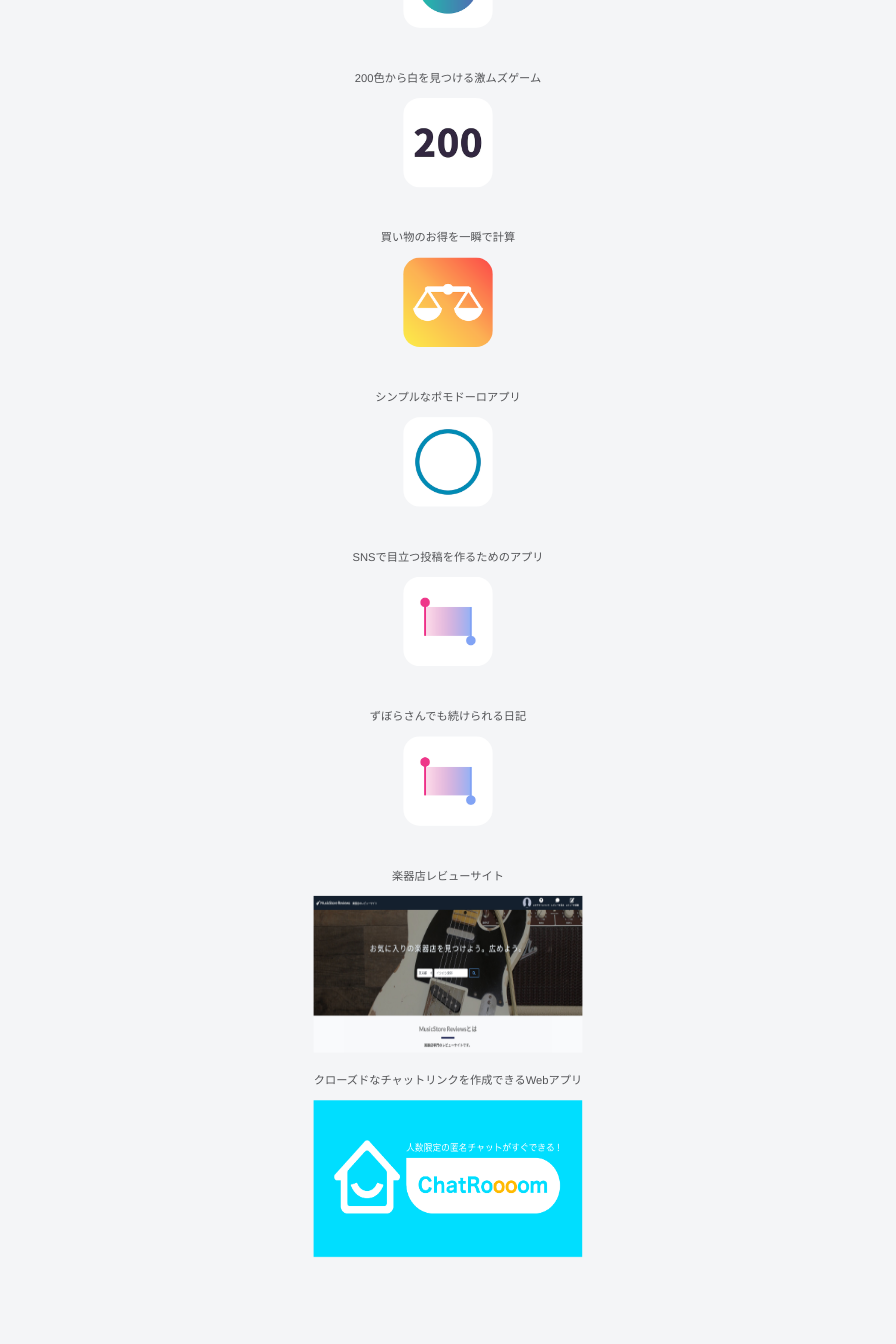
Repository: nosuke0926/my-portfolio
Page: /works
The author's editor kept a copy of each file at every save. The page is drawn from the files as they stood at one save, then again after the next save.
The browser window is 1280 px wide. The pictures show the part of the page from y = 3257 to 5177 px (the page is 5177 px tall), at 70% of full size.
The project was rebuilt for these pictures with package versions that can differ from the ones it lists, and the page was loaded fresh each time. The framework's server and built-in components were replaced by stand-ins that run in the browser. Also part of the build but not shown: next.config.js.

Above is the page before, as saved 2022-10-16 14:51:40.

### pages/_app.tsx
import React from 'react'
import { AppProps } from 'next/app'
import NavTabs from '../components/Tab'
import styles from '../components/layout.module.css'
import utilStyles from '../styles/utils.module.css'
import '../styles/styles.scss'

const App = ({ Component, pageProps }: AppProps) => (
  <div className={utilStyles.backgroundColor}>
    <header className={styles.header}>
      <NavTabs />
    </header>
    <Component {...pageProps} />
  </div>
)

export default App

### pages/works.tsx
import Layout from '../components/Layout'
import utilStyles from '../styles/utils.module.css'
import styles from '../components/layout.module.css'
import TransitionsModal from '../components/modal'

const WorksView = (props: any) => (
  <Layout>
    <div className={styles.header}>
      <p>世の中を少しだけ面白く、便利にするサービスを開発しています。</p>
      <section className={utilStyles.headingMd}>
        <p>
          <TransitionsModal
            src="/images/products/subsc.png"
            alt="アプリ（さぶすく）"
            description="サブスクリプションを賢く管理するアプリ"
            appTitle="さぶすく"
            useTechnology={['Flutter', 'Firebase']}
            appDescription="サービスの無料期間終了前にプッシュ通知でお知らせします。毎月・毎年のサブスクリプションサービスにいくらお金を使っているのかもグラフで可視化します。"
            iosUrl="https://apps.apple.com/jp/app/id1506451600?mt=8"
            productHuntUrl="https://www.producthunt.com/posts/subsc?utm_source=badge-featured&utm_medium=badge&utm_souce=badge-subsc"
            productHuntPostId="349809"
            androidUrl="https://play.google.com/store/apps/details?id=com.nosuke.subscriptionManagement&pcampaignid=pcampaignidMKT-Other-global-all-co-prtnr-py-PartBadge-Mar2515-1"
            type="native"
          />
        </p>
        <p>
          <TransitionsModal
            src="/images/products/rapid.png"
            alt="アプリ（爆速Todoメモ）"
            description="起動して2秒でメモできるアプリ"
            appTitle="爆速Todoメモ"
            useTechnology={['Flutter']}
            appDescription="アプリを起動すると同時にキーボードが開きます。また記入と閲覧が同時にできるよう一画面を分割した新しいメモアプリです。"
            iosUrl="https://apps.apple.com/jp/app/id1511398926?mt=8"
            androidUrl="https://play.google.com/store/apps/details?id=com.nosuke.rapid&pcampaignid=pcampaignidMKT-Other-global-all-co-prtnr-py-PartBadge-Mar2515-1"
            type="native"
          />
        </p>
        <p>
          <TransitionsModal
            src="/images/products/yomoo.png"
            alt="アプリ（Yomoo）"
            description="ニューモフィズムな読書管理アプリ"
            appTitle="Yomoo"
            useTechnology={['Flutter']}
            appDescription="2020年~のUIデザインのトレンドであるNeumorphismを取り入れた読書管理アプリです。楽天ブックスAPI、openBDと連携してバーコード読み取りからの書籍登録が可能です。"
            iosUrl="https://apps.apple.com/jp/app/id1516860157?mt=8"
            androidUrl="https://play.google.com/store/apps/details?id=com.nosuke.yomoo&pcampaignid=pcampaignidMKT-Other-global-all-co-prtnr-py-PartBadge-Mar2515-1"
            type="native"
          />
        </p>
        <p>
          <TransitionsModal
            src="/images/products/oshiPay.png"
            alt="アプリ（推しPay）"
            description="推しへの愛を管理&シェアするアプリ"
            appTitle="推しPay"
            useTechnology={['Flutter', 'Firebase']}
            appDescription="「推し」にいくらお金を使っているのかを記録&SNSにシェアできるアプリです。"
            iosUrl="https://apps.apple.com/jp/app/id1523768983?mt=8"
            androidUrl="https://play.google.com/store/apps/details?id=com.nosuke.oshi_pay&pcampaignid=pcampaignidMKT-Other-global-all-co-prtnr-py-PartBadge-Mar2515-1"
            type="native"
          />
        </p>
        <p>
          <TransitionsModal
            src="/images/products/tubenote.png"
            alt="アプリ（TubeNote）"
            description="YouTubeを見ながらメモできるアプリ"
            appTitle="TubeNote"
            useTechnology={['Flutter', 'Firebase', 'Algolia']}
            appDescription="YouTubeを見ながらリアルタイムにメモできるアプリです。"
            iosUrl="https://apps.apple.com/jp/app/id1535634801?mt=8"
            productHuntUrl="https://www.producthunt.com/posts/tubenote?utm_source=badge-featured&utm_medium=badge&utm_souce=badge-tubenote"
            productHuntPostId="279810"
            androidUrl="https://play.google.com/store/apps/details?id=com.nosuke.movieMemo&pcampaignid=pcampaignidMKT-Other-global-all-co-prtnr-py-PartBadge-Mar2515-1"
            type="native"
          />
        </p>
        <p>
          <TransitionsModal
            src="/images/products/migru.png"
            alt="アプリ（ミグル）"
            description="簡単に頭痛を記録するアプリ"
            appTitle="ミグル"
            useTechnology={['Flutter', 'Firebase']}
            appDescription="頭痛の記録・振り返りに特化したシンプルなアプリです。"
            iosUrl="https://apps.apple.com/jp/app/id1564686045?mt=8"
            androidUrl="https://play.google.com/store/apps/details?id=com.nosuke.migraine&pcampaignid=pcampaignidMKT-Other-global-all-co-prtnr-py-PartBadge-Mar2515-1"
            type="native"
          />
        </p>
        <p>
          <TransitionsModal
            src="/images/products/marry_talk.png"
            alt="アプリ（マリートーク）"
            description="夫婦の悩みを匿名チャット"
            appTitle="マリートーク"
            useTechnology={['Flutter', 'Firebase']}
            appDescription="完全匿名&女性限定で夫婦の愚痴や悩みをチャットできるアプリです。"
            iosUrl="https://apps.apple.com/jp/app/id1578903905?mt=8"
            androidUrl="https://play.google.com/store/apps/details?id=com.nosuke.marry_talk&pcampaignid=pcampaignidMKT-Other-global-all-co-prtnr-py-PartBadge-Mar2515-1"
            type="native"
          />
        </p>
        <p>
          <TransitionsModal
            src="/images/products/accounts.png"
            alt="アプリ（アカウントフォルダ）"
            description="サービスのアカウントを一括管理するアプリ"
            appTitle="アカウントフォルダ"
            useTechnology={['Flutter']}
            appDescription="サービスのアカウント・パスワードを一括管理するアプリです。データは暗号化・端末に保存されるためセキュリティも安心です。"
            iosUrl="https://apps.apple.com/jp/app/id1606877526?mt=8"
            androidUrl="https://play.google.com/store/apps/details?id=com.nosuke.account_holder&pcampaignid=pcampaignidMKT-Other-global-all-co-prtnr-py-PartBadge-Mar2515-1"
            type="native"
          />
        </p>
        <p>
          <TransitionsModal
            src="/images/products/password_generator.png"
            alt="アプリ（パスワード生成）"
            description="パスワード生成アプリ"
            appTitle="パスワード生成"
            useTechnology={['Flutter']}
            appDescription="パスワードを生成することに特化したシンプルなアプリです。"
            iosUrl="https://apps.apple.com/jp/app/id1635128935?mt=8"
            androidUrl="https://play.google.com/store/apps/details?id=com.nosuke.password_generator&pcampaignid=pcampaignidMKT-Other-global-all-co-prtnr-py-PartBadge-Mar2515-1"
            type="native"
          />
        </p>
        <p>
          <TransitionsModal
            src="/images/products/diary.png"
            alt="アプリ（超シンプル日記）"
            description="シンプルな日記アプリ"
            appTitle="超シンプル日記"
            useTechnology={['Flutter']}
            appDescription="日記に必要な「書く」と「読む」ことに特化したシンプルなアプリです。"
            iosUrl="https://apps.apple.com/jp/app/id1635770040?mt=8"
            androidUrl="https://play.google.com/store/apps/details?id=com.nosuke.diary&pcampaignid=pcampaignidMKT-Other-global-all-co-prtnr-py-PartBadge-Mar2515-1"
            type="native"
          />
        </p>
        <p>
          <TransitionsModal
            src="/images/products/pdf_converter.png"
            alt="アプリ（PDF変換 - 写真や画像をPDFにすぐに変換）"
            description="画像をPDFに変換するアプリ"
            appTitle="PDF変換 - 写真や画像をPDFにすぐに変換"
            useTechnology={['Flutter']}
            appDescription="画像や写真をPDFに変換することができる、シンプルなアプリです。複数の画像をまとめて選択・PDFに変換できます。"
            iosUrl="https://apps.apple.com/jp/app/id1637249390?mt=8"
            androidUrl="https://play.google.com/store/apps/details?id=com.nosuke.pdf_converter&pcampaignid=pcampaignidMKT-Other-global-all-co-prtnr-py-PartBadge-Mar2515-1"
            type="native"
          />
        </p>
        <p>
          <TransitionsModal
            src="/images/products/extract_audio.png"
            alt="アプリ（音声抽出 - 動画をMP3に変換）"
            description="動画から音声抽出するアプリ"
            appTitle="音声抽出 - 動画をMP3に変換"
            useTechnology={['Flutter']}
            appDescription="動画から音声を抽出するだけのシンプルなアプリです。ワンタップでMP3に変換・ダウンロードできます。"
            iosUrl="https://apps.apple.com/jp/app/id1637563140?mt=8"
            androidUrl="https://play.google.com/store/apps/details?id=com.nosuke.extract_audio&pcampaignid=pcampaignidMKT-Other-global-all-co-prtnr-py-PartBadge-Mar2515-1"
            type="native"
          />
        </p>
        <p>
          <TransitionsModal
            src="/images/products/chekiy.png"
            alt="アプリ（Chekiy）"
            description="画像をチェキ風に加工するアプリ"
            appTitle="Chekiy"
            useTechnology={['Flutter']}
            appDescription="写真をチェキ風に加工できる、一番シンプルなアプリです。思い出の一枚を特別なものに。"
            iosUrl="https://apps.apple.com/jp/app/id1638090871?mt=8"
            androidUrl="https://play.google.com/store/apps/details?id=com.nosuke.polaroid&pcampaignid=pcampaignidMKT-Other-global-all-co-prtnr-py-PartBadge-Mar2515-1"
            type="native"
          />
        </p>
        <p>
          <TransitionsModal
            src="/images/products/timestamp.png"
            alt="アプリ（Timestamp Camera）"
            description="時間入り写真を撮影できるアプリ"
            appTitle="Timestamp Camera"
            useTechnology={['Flutter']}
            appDescription="簡単に写真に日付を入れることができるアプリです。カメラで撮影、もしくは写真フォルダから選択した画像に日付を入れられます。"
            iosUrl="https://apps.apple.com/jp/app/id1639662260?mt=8"
            androidUrl="https://play.google.com/store/apps/details?id=com.nosuke.timestamp&pcampaignid=pcampaignidMKT-Other-global-all-co-prtnr-py-PartBadge-Mar2515-1"
            type="native"
          />
        </p>
        <p>
          <TransitionsModal
            src="/images/products/white.png"
            alt="アプリ（白200色検定）"
            description="200色から白を見つける激ムズゲーム"
            appTitle="白200色検定"
            useTechnology={['Flutter']}
            appDescription="200色から白を見つける激ムズゲームがついに登場！あなたは200種類の白色を区別できますか？"
            iosUrl="https://apps.apple.com/jp/app/id1641219533?mt=8"
            androidUrl="https://play.google.com/store/apps/details?id=com.nosuke.white&pcampaignid=pcampaignidMKT-Other-global-all-co-prtnr-py-PartBadge-Mar2515-1"
            type="native"
          />
        </p>
        <p>
          <TransitionsModal
            src="/images/products/tokubuy.png"
            alt="アプリ（お得比較Pro）"
            description="買い物のお得を一瞬で計算"
            appTitle="お得比較Pro"
            useTechnology={['Flutter']}
            appDescription="お買い物時の「どっちがお得なんだろう？」を解決します。金額と量を入力するだけで、どちらがお得かをすぐに計算します。"
            iosUrl="https://apps.apple.com/jp/app/id1644566128?mt=8"
            androidUrl="https://play.google.com/store/apps/details?id=com.nosuke.tokubuy&pcampaignid=pcampaignidMKT-Other-global-all-co-prtnr-py-PartBadge-Mar2515-1"
            type="native"
          />
        </p>
        <p>
          <TransitionsModal
            src="/images/products/just_focus.png"
            alt="アプリ（JustFocus）"
            description="シンプルなポモドーロアプリ"
            appTitle="JustFocus"
            useTechnology={['Flutter']}
            appDescription="シンプルなポモドーロアプリです。"
            iosUrl="https://apps.apple.com/jp/app/id1645642989?mt=8"
            androidUrl="https://play.google.com/store/apps/details?id=com.nosuke.pomodoro&pcampaignid=pcampaignidMKT-Other-global-all-co-prtnr-py-PartBadge-Mar2515-1"
            type="native"
          />
        </p>
        <p>
          <TransitionsModal
            src="/images/products/frame_maker.png"
            alt="アプリ（囲みメモ）"
            description="SNSで目立つ投稿を作るためのアプリ"
            appTitle="囲みメモ"
            useTechnology={['Flutter']}
            appDescription="SNSでよく見かける囲い文字、強調線をコピペで呼び出せるシンプルなアプリです。"
            iosUrl="https://apps.apple.com/jp/app/id6443634371?mt=8"
            androidUrl="https://play.google.com/store/apps/details?id=com.nosuke.frame_maker&pcampaignid=pcampaignidMKT-Other-global-all-co-prtnr-py-PartBadge-Mar2515-1"
            type="native"
          />
        </p>
        <p>
          <TransitionsModal
            src="/images/products/frame_maker.png"
            alt="アプリ（ずぼら日記）"
            description="ずぼらさんでも続けられる日記"
            appTitle="ずぼら日記"
            useTechnology={['Flutter']}
            appDescription="ずぼら日記は「続ける」ことに特化した日記アプリです。どんな日記も続けられない開発者自身の悩みを元に開発されました。"
            iosUrl="https://apps.apple.com/jp/app/id6443727421?mt=8"
            androidUrl="https://play.google.com/store/apps/details?id=com.nosuke.zubora&pcampaignid=pcampaignidMKT-Other-global-all-co-prtnr-py-PartBadge-Mar2515-1"
            type="native"
          />
        </p>
        <p>
          <TransitionsModal
            src="/images/products/music-store-reviews/cover.jpeg"
            alt="Webアプリ（MusicStore Reviews）"
            description="楽器店レビューサイト"
            appTitle="MusicStore Reviews"
            useTechnology={['Laravel', 'Vue.js', 'Python']}
            appDescription="日本初の楽器店レビューサイト。楽器店のデータはWebスクレイピングで取得しました。一部Vue.jsを使用しています。"
            webUrl="https://musicstore-reviews.com/"
            type="web"
          />
        </p>
        <p>
          <TransitionsModal
            src="/images/products/chatroooom/chatroooom.png"
            alt="Webアプリ（ChatRoooom）"
            description="クローズドなチャットリンクを作成できるWebアプリ"
            appTitle="ChatRoooom"
            useTechnology={['Vue.js', 'Nuxt.js', 'Firebase']}
            appDescription="ChatRoooomは簡単に人数限定のチャットルームを作成できるサービスです。チャット内容は24時間後に削除されるので、プライバシーも安心です。"
            webUrl="https://chatroooom.net/"
            type="web"
          />
        </p>
      </section>
    </div>
  </Layout>
)

export default WorksView

### components/Tab.tsx
import Link from 'next/link'
import React from 'react'
import { makeStyles, Theme } from '@material-ui/core/styles'
import AppBar from '@material-ui/core/AppBar'
import Tabs from '@material-ui/core/Tabs'
import Tab from '@material-ui/core/Tab'
// import Typography from '@material-ui/core/Typography'
// import Box from '@material-ui/core/Box'

// interface TabPanelProps {
//   children?: React.ReactNode
//   index: any
//   value: any
// }

// function TabPanel(props: TabPanelProps) {
//   const { children, value, index, ...other } = props

//   return (
//     <div
//       role="tabpanel"
//       hidden={value !== index}
//       id={`nav-tabpanel-${index}`}
//       aria-labelledby={`nav-tab-${index}`}
//       {...other}
//     >
//       {value === index && (
//         <Box p={3}>
//           <Typography>{children}</Typography>
//         </Box>
//       )}
//     </div>
//   )
// }

function a11yProps(index: any) {
  return {
    id: `nav-tab-${index}`,
    'aria-controls': `nav-tabpanel-${index}`,
  }
}

interface LinkTabProps {
  label?: string
  href?: string
}

function LinkTab(props: LinkTabProps) {
  return (
    <Tab
      component="a"
      onClick={(event: React.MouseEvent<HTMLAnchorElement, MouseEvent>) => {
        event.preventDefault()
      }}
      {...props}
    />
  )
}

const useStyles = makeStyles((theme: Theme) => ({
  root: {
    flexGrow: 1,
    backgroundColor: theme.palette.background.paper,
  },
}))

export default function NavTabs() {
  const classes = useStyles()
  const [value, setValue] = React.useState(0)

  const handleChange = (event: React.ChangeEvent<{}>, newValue: number) => {
    setValue(newValue)
  }

  return (
    <div className={classes.root}>
      <AppBar position="static" color="default">
        <Tabs
          TabIndicatorProps={{ style: { background: 'transparent' } }}
          textColor="primary"
          variant="fullWidth"
          value={value}
          onChange={handleChange}
          aria-label="nav tabs example"
        >
          <Link href="/">
            <LinkTab label="Home" href="/" {...a11yProps(0)} />
          </Link>
          <Link href="/works">
            <LinkTab label="Works" href="/works" {...a11yProps(1)} />
          </Link>
          <Link href="/contact">
            <LinkTab label="Contact" href="/contact" {...a11yProps(2)} />
          </Link>
        </Tabs>
      </AppBar>
      {/* <TabPanel value={value} index={0}>
        Page One
      </TabPanel>
      <TabPanel value={value} index={1}>
        Page Two
      </TabPanel>
      <TabPanel value={value} index={2}>
        Page Three
      </TabPanel> */}
    </div>
  )
}

### components/layout.module.css
.container {
  max-width: 36rem;
  padding: 0 1rem;
  margin: 3rem auto 6rem;
}

.header {
  display: flex;
  flex-direction: column;
  align-items: center;
}

.headerImage {
  width: 6rem;
  height: 6rem;
}

.headerHomeImage {
  width: 8rem;
  height: 8rem;
}

.appIconImage {
  margin: 1rem;
  width: 8rem;
  height: 8rem;
  margin: auto;
  transition: transform 0.5s;
  margin-bottom: 2rem;
}
.appIconImage:hover {
  transform: scale(1.2);
}

.webApplicationImage {
  width: 24rem;
  height: 14rem;
  align-items: center;
  transition: transform 0.5s;
}
.webApplicationImage:hover {
  transform: scale(1.1);
}

.backToHome {
  margin: 3rem 0 0;
}

.socialIcon {
  color: rgb(168, 171, 176);
  margin: 0 2rem;
  font-size: 2rem;
}

.socialIcon:hover {
  color: rgb(83, 84, 87);
}

.appDescriptionText {
  color: rgb(83, 84, 87);
  font-size: 1rem;
  text-align: center;
}

.iosButton {
  display: inline-block;
  overflow: hidden;
  background: url(https://tools.applemediaservices.com/api/badges/download-on-the-app-store/black/en-us?)
    no-repeat;
  width: 120px;
  height: 40px;
}

.androidButton {
  width: 155px;
  margin-top: 0.4rem;
}

.productHuntButton {
  /* width: 250px;
  height: 54px; */
  width: 160px;
  margin: 0.1rem;
}

.appButtonAlign {
  display: flex;
  flex-direction: row;
  align-items: center;
  flex-wrap: wrap;
}

### styles/utils.module.css
.heading2Xl {
  font-size: 1.5rem;
  line-height: 1.2;
  font-weight: 800;
  letter-spacing: -0.05rem;
  margin: 1rem 0;
}

.headingXl {
  font-size: 2rem;
  line-height: 1.3;
  font-weight: 800;
  letter-spacing: -0.05rem;
  margin: 1rem 0;
}

.headingLg {
  font-size: 1.5rem;
  line-height: 1.4;
  margin: 1rem 0;
}

.headingMd {
  font-size: 1.2rem;
  line-height: 1.5;
}

.borderCircle {
  border-radius: 9999px;
}

.borderAppIcon {
  border-radius: 1.5rem;
}

.colorInherit {
  color: inherit;
}

.padding1px {
  padding-top: 1px;
}

.list {
  list-style: none;
  padding: 0;
  margin: 0;
}

.listItem {
  margin: 0 0 1.25rem;
}

.center {
  text-align: center;
}

### styles/styles.scss
@import '~normalize.css';
body {
  background-color: #f4f5f7;
  color: rgb(83, 84, 87);
  font-family: 'Helvetica Neue', Arial, 'Hiragino Kaku Gothic ProN',
    'Hiragino Sans', Meiryo, sans-serif;
}

### components/Layout.tsx
import Head from 'next/head'
import styles from './layout.module.css'
// import utilStyles from '../styles/utils.module.css'
// import Link from 'next/link'

export const siteTitle = 'のすけのポートフォリオサイト'

export default function Layout({ children }: any) {
  const trackingId: string = process.env.ga_tracking_id!
  const description: string =
    'Webエンジニアとして活動している、Nagese Ryunosukeのポートフォリオサイトです。'
  const url: string = 'https://nosuke-portfolio.web.app/'
  const image = 'https://nosuke-portfolio.web.app/images/portfolio_ogp.png'
  return (
    <div className={styles.container}>
      <Head>
        <script
          async
          src={`https://www.googletagmanager.com/gtag/js?id=${trackingId}`}
        ></script>
        <script
          dangerouslySetInnerHTML={{
            __html: `(function(){ window.dataLayer = window.dataLayer || [];function gtag(){dataLayer.push(arguments);}gtag('js', new Date());gtag('config', '${trackingId}');})`,
          }}
        />
        <title>のすけのポートフォリオ</title>
        <meta name="description" content={description} />

        <meta property="og:title" content={siteTitle} />
        <meta property="og:description" content={description} />
        <meta property="og:type" content="blog" />
        <meta property="og:url" content={url} />
        <meta property="og:image" content={image} />
        <meta property="og:site_name" content={siteTitle} />
        <meta property="twitter:card" content="summary_large_image" />
        <meta property="twitter:site" content="@nosuke926" />
        <meta property="twitter:url" content={url} />
        <meta property="twitter:title" content={siteTitle} />
        <meta property="twitter:description" content={description} />
        <meta property="twitter:image" content={image} />
        {/* <link rel="canonical" href={url} /> */}
        {/* <link rel="apple-touch-icon" href={image} /> */}
        <meta
          name="google-site-verification"
          content="7LNV_CLMRiHwoVKdUbRlCdyJ0TIhYsWJh2PT3cJEO9w"
        />
      </Head>

      <main>{children}</main>
    </div>
  )
}

Loaded but not shown: components/modal.tsx (118 lines, source omitted)

After the next save:
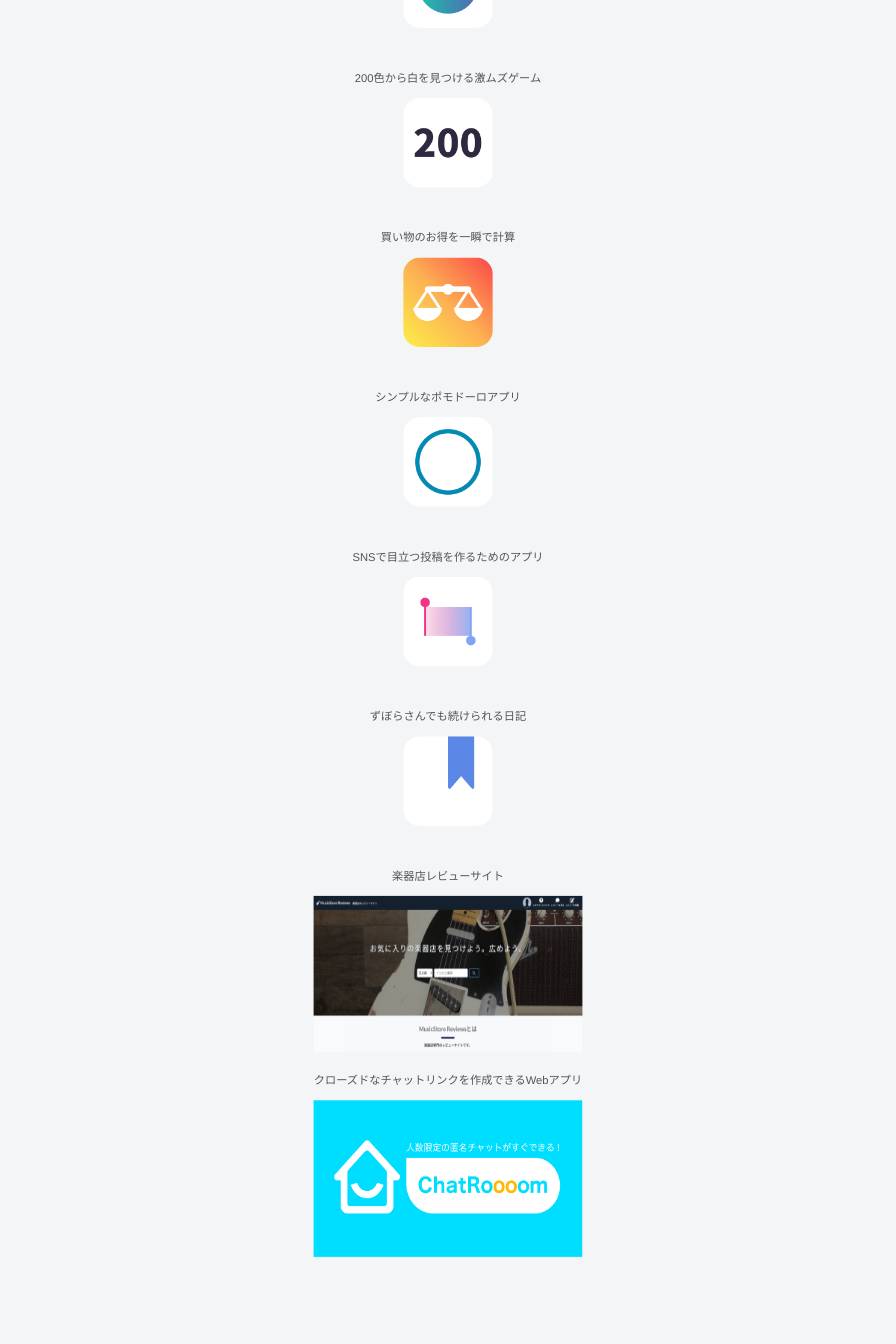
Saved 9 s later.
--- a/pages/works.tsx
+++ b/pages/works.tsx
@@ -248,7 +248,7 @@
         </p>
         <p>
           <TransitionsModal
-            src="/images/products/frame_maker.png"
+            src="/images/products/lazy_diary.png"
             alt="アプリ（ずぼら日記）"
             description="ずぼらさんでも続けられる日記"
             appTitle="ずぼら日記"
